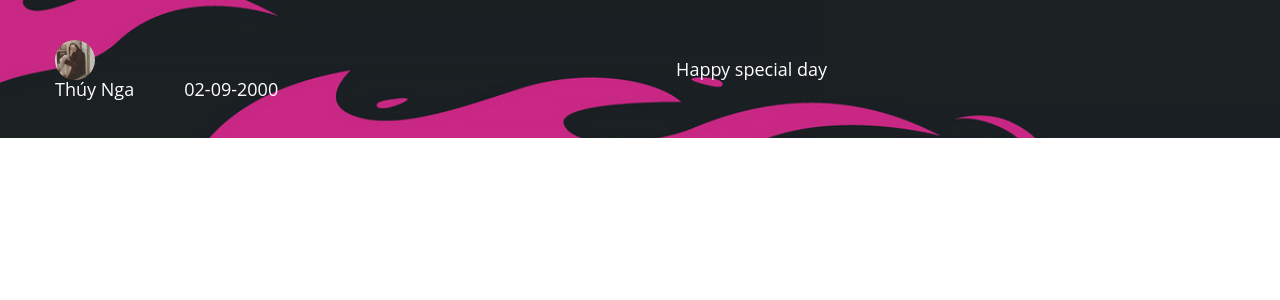
Repository: Datt21/p-happyB
Page: index.html
An editor plug-in stored every save of this project. The page is shown before and after the next save, followed by the edit.
The browser window is 1280 px wide. The pictures show the whole page.
Some icons come from a web library that is not loaded, so they are not drawn.

Above is the page before, as saved 2021-08-31 04:25:13.

### index.html
<!DOCTYPE html>
<html lang="en">
<head>
    <meta charset="UTF-8">
    <meta http-equiv="X-UA-Compatible" content="IE=edge">
    <meta name="viewport" content="width=device-width, initial-scale=1.0">
    <title>Document</title>
    <link rel="stylesheet" href="https://unicons.iconscout.com/release/v4.0.0/css/line.css">
    <link rel="stylesheet" href="./app.css">
</head>
<body>
<div class="wrapper">
    <header class="header">
        <div class="container">
            <div class="header-main">
                <div class="header-info">
                    <img src="./images/lemon.jpg" alt="" class="img-logo">
                    <div class="info">
                        <div class="info-name">Thúy Nga</div>
                        <div class="birth-day">02-09-2000 <i class="uil uil-users-alt"></i> </div>
                    </div>
                </div>

                <div class="menu">
                    <span class="text">Happy special day</span>
                </div>

                <div class="icon-gift">
                    <a href=""><i class="uil uil-gift"></i></a>
                </div>
            </div>
        </div>
    </header>
</div>
    <script src="./app.js"></script>
</body>
</html>

### app.css
html {
    box-sizing: border-box;
}

* {
    margin: 0;
    padding: 0;
}

*,
*:before,
*:after {
    box-sizing: border-box;
}

a {
    text-decoration: none;
}

img {
    display: block;
    max-width: 100%;
}

html {
    scroll-behavior: smooth;
}

body {
    font-family: "Open sans", sans-serif;
    font-size: 18px;
    line-height: 1;
    color: white;
    /* background-color: #222831; */
    overflow-x: hidden;
}

.wrapper {
    max-width: 1920px;
    margin: 0 auto;
    background: url("../images/banner.jpg") no-repeat top/100%;
}

.container {
    max-width: 1200px;
    margin: 0 auto;
    padding: 0 15px;
}

.img-logo {
    width: 40px;
    height: 40px;
    border-radius: 50%;
}

.header-main {
    display: flex;
    justify-content: space-between;
    align-items: center;
    padding: 40px 0;
}

.info {
    display: flex;
    align-items: center;
    list-style: none;
    gap: 0 50px;
    color: white;
}

Loaded but not shown: app.js (no copy from this time; the picture is the same without it)

After the next save:
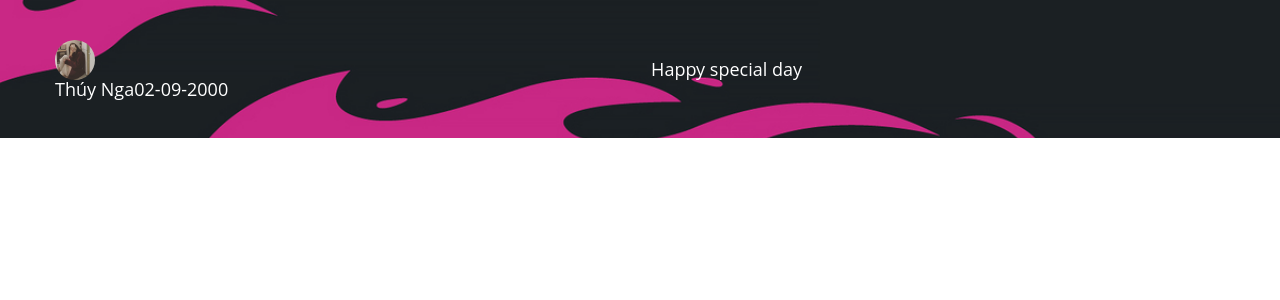
Saved 20 s later.
--- a/app.css
+++ b/app.css
@@ -62,8 +62,4 @@ body {
 
 .info {
     display: flex;
-    align-items: center;
-    list-style: none;
-    gap: 0 50px;
-    color: white;
 }
